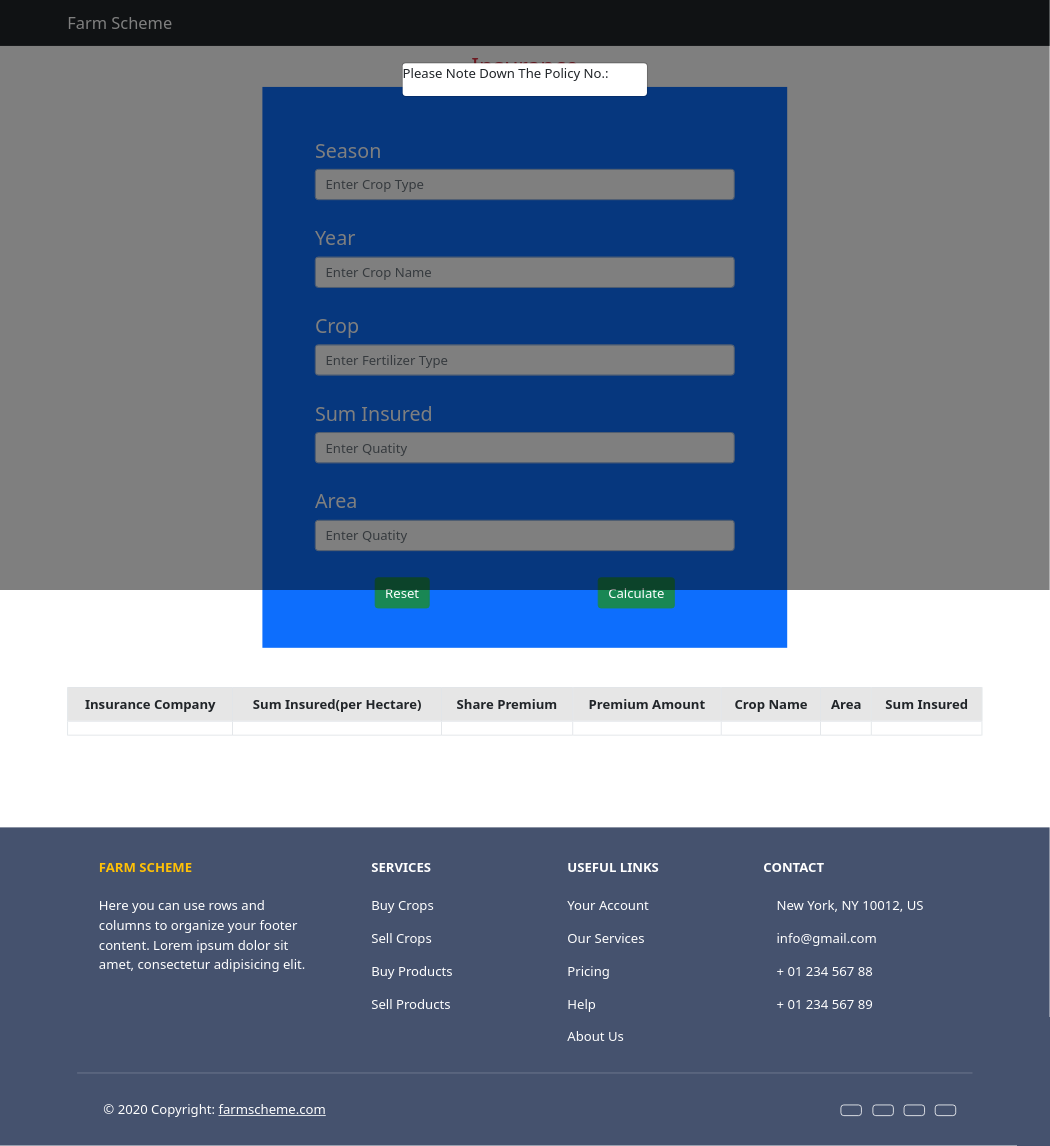
Repository: lavakumar17/Farmscheme
Page: http://localhost/demo/farmer/insurance_reg_success.jsp
An editor plug-in stored every save of this project. The page is shown before and after the next save, followed by the edit.
The browser window is 1280 px wide. The pictures show the whole page, at 82% of full size.
The page is served by Tomcat 9. Other server files are loaded and not shown. The template is opened directly, without the code that normally fills it, so the values that code supplies are empty.

Above is the page before, as saved 2022-06-24 05:06:09.

### MainProject/demo/src/main/webapp/farmer/insurance_reg_success.jsp
<%@ page language="java" contentType="text/html; charset=ISO-8859-1"
    pageEncoding="ISO-8859-1" isELIgnored="false"%>
<!DOCTYPE html>
<html>
<head>
<meta charset="ISO-8859-1">
<title>Insert title here</title>
<!-- Bootstrap css and JavaScript links -->
    <%@include file="bootstrap_links.jsp" %>
</head>
<body class="align-items-ceter">

<!-- navbar -->
<nav class="navbar navbar-expand-lg navbar-dark bg-dark">
      <div class="container-fluid container">
        <a class="navbar-brand" href="#">Farm Scheme</a>
        <button
          class="navbar-toggler"
          type="button"
          data-bs-toggle="collapse"
          data-bs-target="#navbarNavDropdown"
          aria-controls="navbarNavDropdown"
          aria-expanded="false"
          aria-label="Toggle navigation"
        >
          <span class="navbar-toggler-icon"></span>
        </button>
        <div class="collapse navbar-collapse" id="navbarNavDropdown">
          <ul class="navbar-nav ms-auto">
            <!-- <li class="nav-item">
              <a class="nav-link active" aria-current="page" href="/">Home</a>
            </li> -->
          </ul>
        </div>
      </div>
    </nav>

<%-- <%@include file="navbar.jsp" %><br><br> --%>
<h3 class="text-center text-danger pt-2">Insurance</h3>
<h4 class="text-success text-center">${success }</h4>
<h4 class="text-danger text-center">${failed }</h4>
<div class="container w-50 cjustify-content-center bg-primary text-white p-5">
<form action="/farmer/insurance" method="post">

<div class="p-3">
<span class="form-label"><h4>Season</h4></span>
<input class="form-control" type="text" name="season" required placeholder="Enter Crop Type">
</div>
<div class="p-3">
<span class="form-label pt-3"><h4>Year</h4></span>
<input class="form-control" type="text" name="year" required placeholder="Enter Crop Name">
</div>

<div class="p-3">
<span class="form-label pt-3"><h4>Crop</h4></span>
<input class="form-control" type="text" name="crop" required placeholder="Enter Fertilizer Type">
</div>

<div class="p-3">
<span class="form-label pt-3"><h4>Sum Insured</h4></span>
<input class="form-control" type="text" name="sumInsured" required placeholder="Enter Quatity">
</div>

<div class="p-3">
<span class="form-label pt-3"><h4>Area</h4></span>
<input class="form-control" type="text" name="area" required placeholder="Enter Quatity">
</div>

<div class="d-flex justify-content-center pt-3">
<div class="w-50">
<button class="btn btn-success" type="submit">Reset</button>
</div>
<div>
<button class="btn btn-success" type="submit">Calculate</button>
</div>
</div>
</form>
</div><br><br>
<section>
<!-- <h3 class="text-center">Booking History</h3> -->
<div class="container">
<table class="table table-bordered table-striped text-center table-responsive-md">
<tr>
<th>Insurance Company</th>
<th>Sum Insured(per Hectare)</th>
<th>Share Premium</th>
<th>Premium Amount</th>
<th>Crop Name</th>
<th>Area</th>
<th>Sum Insured</th>
</tr>
<%-- <td class="border">${user.getUserId()}</td>
<td class="border">${user.getUserName()}</td> --%>
<%-- <c:forEach var="history" items="${bookingHistory}" varStatus="status"> --%>
<tr>
<td>${insurance.company }</td>
<td>${insurance.sumInsuredPH }</td>
<td>${insurance.sharePremium }</td>
<td>${insurance.premiumAmount }</td>
<td>${insurance.crop}</td>
<td>${insurance.area }</td>
<td>${insurance.sumInsured }</td>
</tr>
<!-- </c:forEach> -->
</table>
</div>
</section><br><br>
<div class="d-flex justify-content-center">
<form action="/farmer/insurance_reg" hidden="true" method="post">
      				<input hidden type="submit" value=${insurance.company }/>
      				<input hidden type="submit" value=${insurance.sumInsuredPH }/>
      				<input hidden type="submit" value=${insurance.sharePremium }/>
      				<input hidden type="submit" value=${insurance.premiumAmount }/>
      				<input hidden type="submit" value=${insurance.crop }/>
      				<input hidden type="submit" value=${insurance.area }/>
      				<input hidden type="submit" value=${insurance.sumInsured }/>
<button class="btn btn-success" type="submit">Apply</button>
</form>
</div><br><br>
<!-- </div> -->


<!-- Small modal -->
<!-- <button type="button" class="btn btn-primary" data-toggle="modal" data-target=".bd-example-modal-sm">Please Note Down The Policy No.</button> -->

<div class="modal fade bd-example-modal-sm p-5" tabindex="-1" role="dialog" aria-labelledby="mySmallModalLabel" aria-hidden="true" id="exampleModal">
  <div class="modal-dialog modal-sm">
    <div class="modal-content">
     <p>Please Note Down The Policy No.:
     ${policyNo }</p>
    </div>
  </div>
</div>
<script type="text/javascript">
    $(window).on('load', function() {
        $('#exampleModal').modal('show');
    });
    </script>




<!-- footer -->
<%@include file="footer.jsp" %>
</body>
</html>

### MainProject/demo/src/main/webapp/farmer/bootstrap_links.jsp
<!-- CSS only -->
<link rel="stylesheet" href="https://cdn.jsdelivr.net/npm/bootstrap@4.4.1/dist/css/bootstrap.min.css">
<link href="https://cdn.jsdelivr.net/npm/bootstrap@5.1.3/dist/css/bootstrap.min.css" rel="stylesheet"/>

<!-- JavScript Bundle with Popper -->
<script src="https://code.jquery.com/jquery-3.4.1.slim.min.js"></script>
<script src="https://cdn.jsdelivr.net/npm/popper.js@1.16.0/dist/umd/popper.min.js" ></script>
<script src="https://cdn.jsdelivr.net/npm/bootstrap@4.4.1/dist/js/bootstrap.min.js" ></script>
<script src="https://cdn.jsdelivr.net/npm/bootstrap@5.1.3/dist/js/bootstrap.bundle.min.js"></script>

### MainProject/demo/src/main/webapp/farmer/footer.jsp
<!-- Footer -->
  <footer
          class="text-center text-lg-start text-white"
          style="background-color: #45526e"
          id="footer"
          >
    <!-- Grid container -->
    <div class="container p-4 pb-0">
      <!-- Section: Links -->
      <section class="">
        <!--Grid row-->
        <div class="row">
          <!-- Grid column -->
          <div class="col-md-3 col-lg-3 col-xl-3 mx-auto mt-3">
            <h6 class="text-uppercase mb-4 font-weight-bold">
              <span class="text-warning">FARM SCHEME</span>
            </h6>
            <p>
              Here you can use rows and columns to organize your footer
              content. Lorem ipsum dolor sit amet, consectetur adipisicing
              elit.
            </p>
          </div>
          <!-- Grid column -->

          <hr class="w-100 clearfix d-md-none" />

          <!-- Grid column -->
          <div class="col-md-2 col-lg-2 col-xl-2 mx-auto mt-3">
            <h6 class="text-uppercase mb-4 font-weight-bold">SERVICES</h6>
            <p>
              <a class="text-white">Buy Crops</a>
            </p>
            <p>
              <a class="text-white">Sell Crops</a>
            </p>
            <p>
              <a class="text-white">Buy Products</a>
            </p>
            <p>
              <a class="text-white">Sell Products</a>
            </p>
          </div>
          <!-- Grid column -->

          <hr class="w-100 clearfix d-md-none" />

          <!-- Grid column -->
          <div class="col-md-3 col-lg-2 col-xl-2 mx-auto mt-3">
            <h6 class="text-uppercase mb-4 font-weight-bold">
              Useful links
            </h6>
            <p>
              <a class="text-white">Your Account</a>
            </p>
            <p>
              <a class="text-white">Our Services</a>
            </p>
            <p>
              <a class="text-white">Pricing</a>
            </p>
            <!-- <p>
              <a class="text-white">Become an Affiliate</a>
            </p> -->
            <p>
              <a class="text-white">Help</a>
            </p>
            <p>
              <a class="text-white">About Us</a>
            </p>
          </div>

          <!-- Grid column -->
          <hr class="w-100 clearfix d-md-none" />

          <!-- Grid column -->
          <div class="col-md-4 col-lg-3 col-xl-3 ms-auto mt-3">
            <h6 class="text-uppercase mb-4 font-weight-bold">Contact</h6>
            <p><i class="fas fa-home mr-3"></i> New York, NY 10012, US</p>
            <p><i class="fas fa-envelope mr-3"></i> info@gmail.com</p>
            <p><i class="fas fa-phone mr-3"></i> + 01 234 567 88</p>
            <p><i class="fas fa-print mr-3"></i> + 01 234 567 89</p>
          </div>
          <!-- Grid column -->
        </div>
        <!--Grid row-->
      </section>
      <!-- Section: Links -->

      <hr class="my-3">

      <!-- Section: Copyright -->
      <section class="p-3 pt-0">
        <div class="row d-flex align-items-center">
          <!-- Grid column -->
          <div class="col-md-7 col-lg-8 text-center text-md-start">
            <!-- Copyright -->
            <div class="p-3">
              © 2020 Copyright:
              <a class="text-white" href="https://mdbootstrap.com/"
                 >farmscheme.com</a
                >
            </div>
            <!-- Copyright -->
          </div>
          <!-- Grid column -->

          <!-- Grid column -->
          <div class="col-md-5 col-lg-4 ml-lg-0 text-center text-md-end">
            <!-- Facebook -->
            <a
               class="btn btn-outline-light btn-floating m-1"
               class="text-white"
               role="button"
               ><i class="fab fa-facebook-f"></i
              ></a>

            <!-- Twitter -->
            <a
               class="btn btn-outline-light btn-floating m-1"
               class="text-white"
               role="button"
               ><i class="fab fa-twitter"></i
              ></a>

            <!-- Google -->
            <a
               class="btn btn-outline-light btn-floating m-1"
               class="text-white"
               role="button"
               ><i class="fab fa-google"></i
              ></a>

            <!-- Instagram -->
            <a
               class="btn btn-outline-light btn-floating m-1"
               class="text-white"
               role="button"
               ><i class="fab fa-instagram"></i
              ></a>
          </div>
          <!-- Grid column -->
        </div>
      </section>
      <!-- Section: Copyright -->
    </div>
    <!-- Grid container -->
  </footer>
  <!-- Footer -->

After the next save:
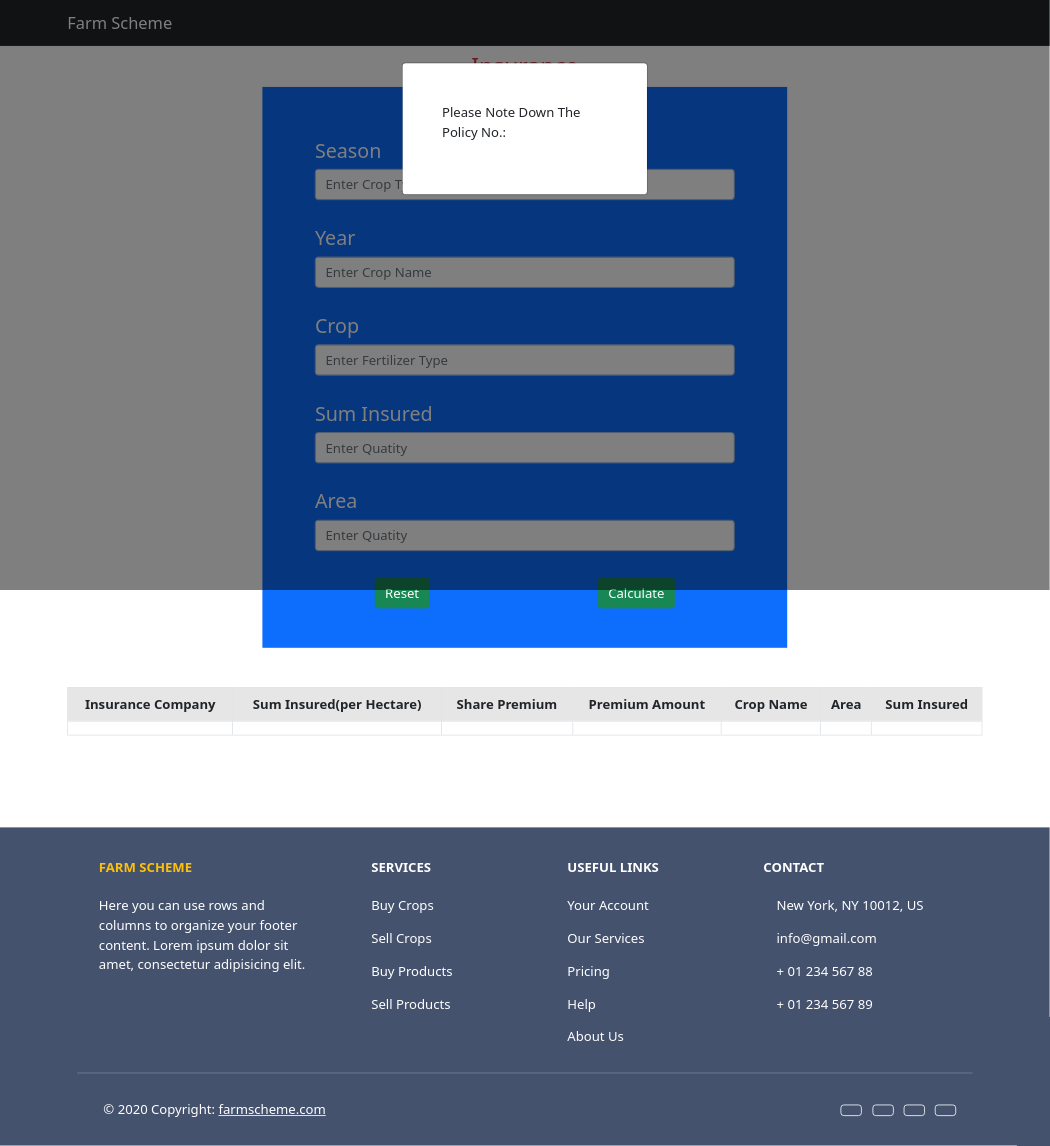
Saved 13 s later.
--- a/MainProject/demo/src/main/webapp/farmer/insurance_reg_success.jsp
+++ b/MainProject/demo/src/main/webapp/farmer/insurance_reg_success.jsp
@@ -125,7 +125,7 @@
 
 <div class="modal fade bd-example-modal-sm p-5" tabindex="-1" role="dialog" aria-labelledby="mySmallModalLabel" aria-hidden="true" id="exampleModal">
   <div class="modal-dialog modal-sm">
-    <div class="modal-content">
+    <div class="modal-content p-5">
      <p>Please Note Down The Policy No.:
      ${policyNo }</p>
     </div>
